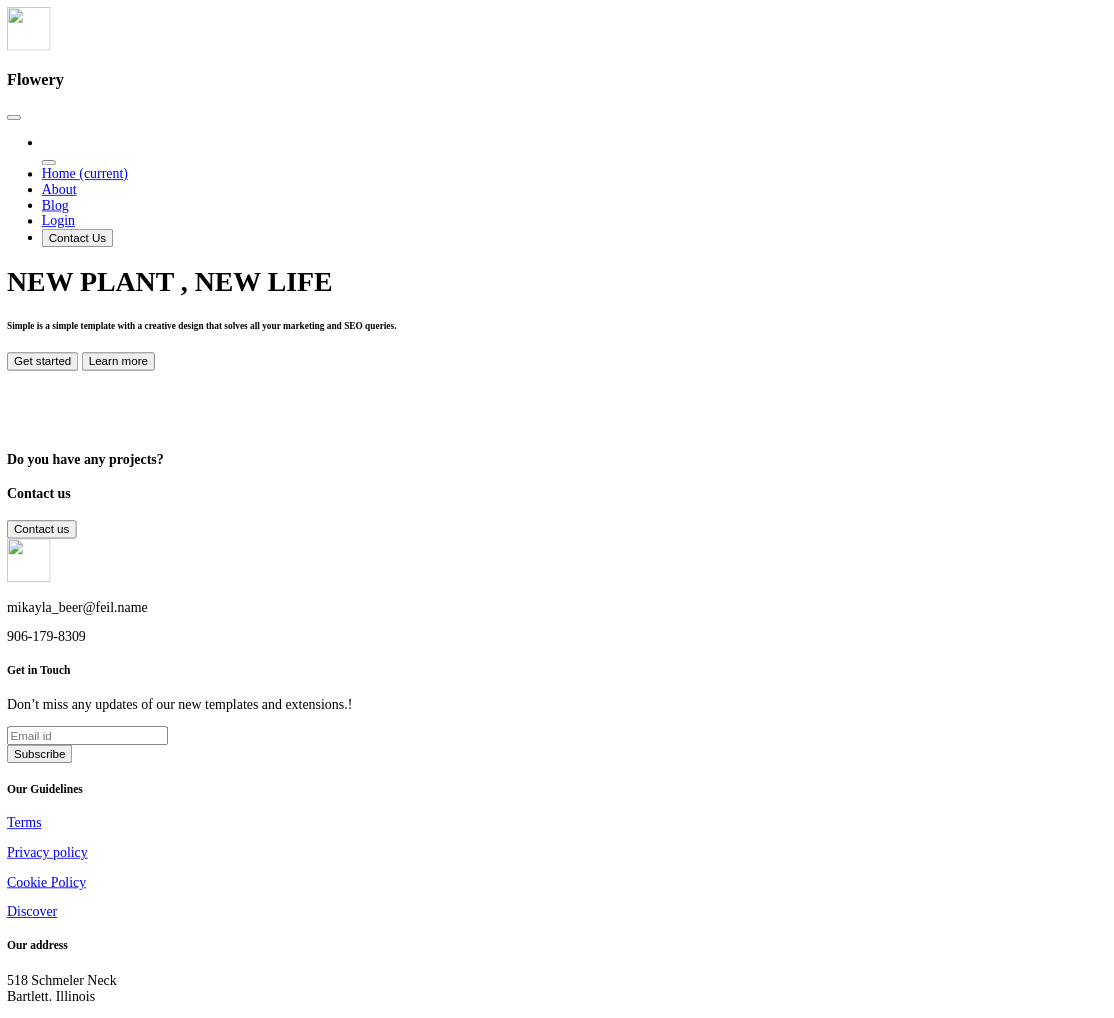
Repository: sara55m/Login
Page: http://localhost/welcome
An editor plug-in stored every save of this project. The page is shown before and after the next save, followed by the edit.
The browser window is 1280 px wide. The pictures show the whole page, at 87% of full size.
The page is served by the project's Laravel application, run on PHP 8.4 with Laravel 10.

Above is the page before, as saved 2024-03-03 21:58:47.

After the next save:
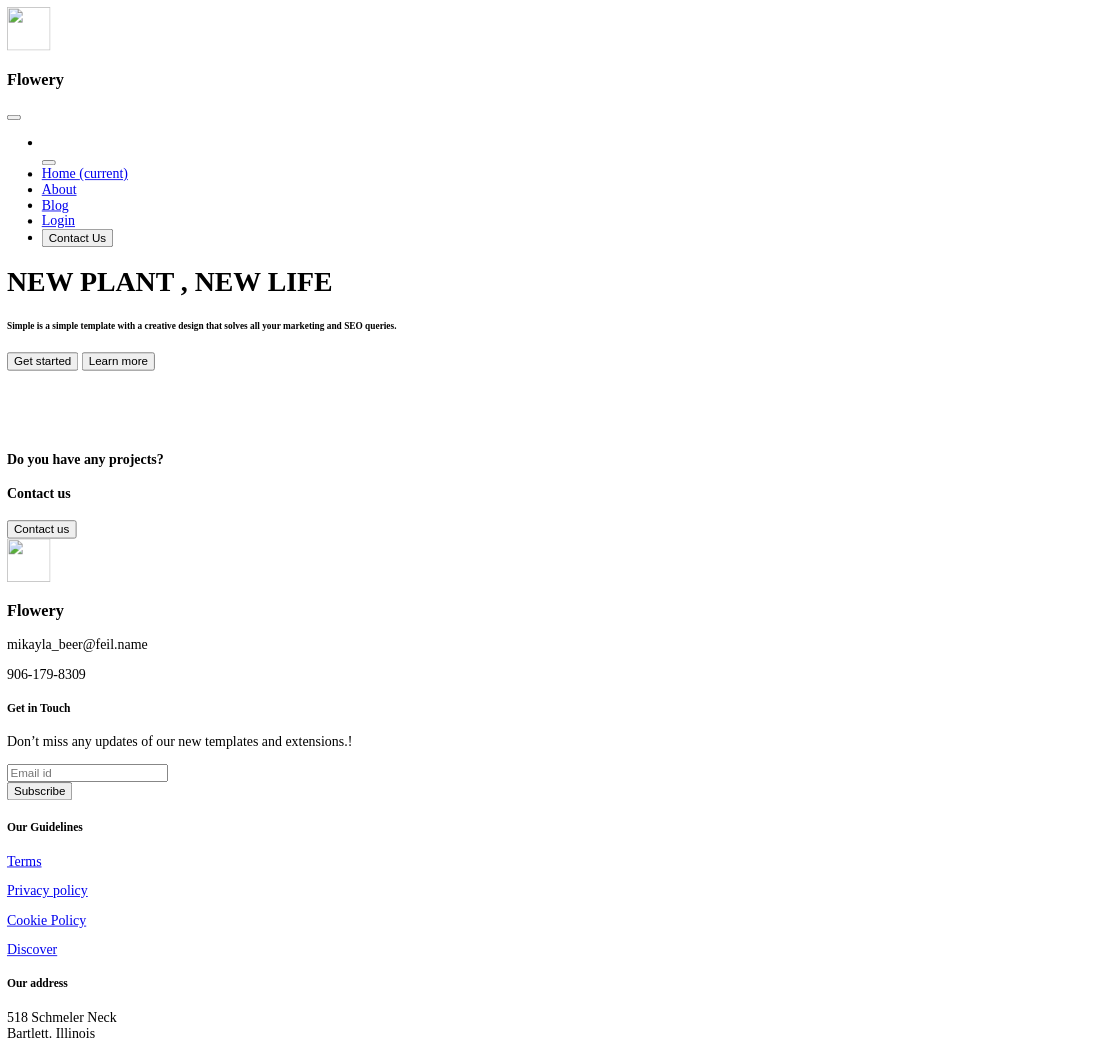
Saved 4 min 30 s later.
--- a/resources/views/welcome.blade.php
+++ b/resources/views/welcome.blade.php
@@ -84,6 +84,7 @@
     <div class="row text-center text-md-left">
       <div class="col-12 col-md-6 col-lg-3 grid-margin">
         <img src="images/plant2.png" height="50" width="50" alt="" class="pb-2">
+        <h3 class="nav-link">Flowery</h3>
         <div class="pt-2">
           <p class="text-muted m-0">mikayla_beer@feil.name</p>
           <p class="text-muted m-0">906-179-8309</p>
